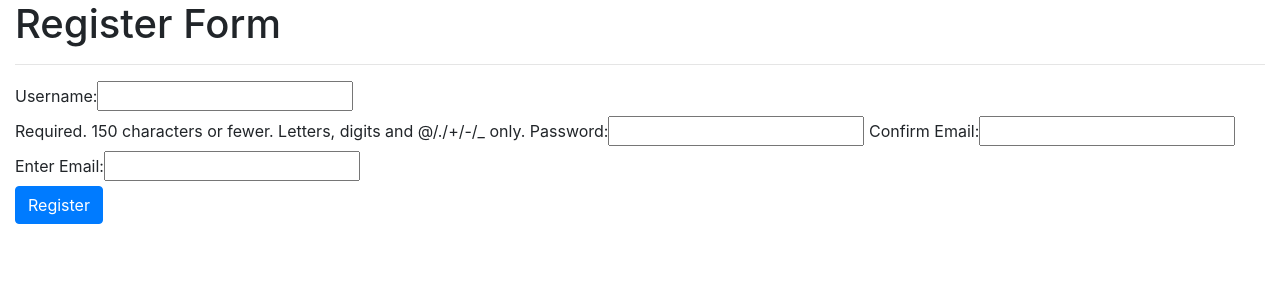
Repository: Sarthak123456/Django-Login
Page: http://localhost/register/
The author's editor kept a record of every edit. The page is drawn from the files as they stood at one moment, then again after the next edit.
The browser window is 1280 px wide. The pictures show the whole page.
Some web libraries are served in a nearby version. The page is served by the project's application, run on Django 2.2 (mysite/manage.py). Other server files are loaded and not shown.

Above is the page before.

### mysite/accounts/views.py
# -*- coding: utf-8 -*-
from __future__ import unicode_literals
from django.contrib.auth import (
    authenticate,
    login,
    logout,
    get_user_model,
    )
from django.shortcuts import render,redirect
from django.http import HttpResponseRedirect
from .forms import UserLoginForm,UserRegisterForm

# Create your views here.

def login_view(request):
    print (request.user.is_authenticated())
    title="Login"
    form=UserLoginForm(request.POST or None)
    if form.is_valid():
        username=form.cleaned_data.get('username')
        password=form.cleaned_data.get('password')
        user=authenticate(username=username, password=password)
        login(request,user)
        print (request.user.is_authenticated())
        return redirect("/")

    return render(request, "form.html", {"form": form, "title" : title})

def register_view(request):
    title="Register"
    form=UserRegisterForm(request.POST or None)
    if form.is_valid():
        user=form.save(commit=False)
        password=form.cleaned_data.get("password")
        user.set_password(password)
        user.save()
        new_user = authenticate(username=user.username, password=password)
        login(request, new_user)
        return redirect("/login")

    context = {
        "form": form,
        'title': title
    }
    return render(request, "form.html", context)

def logout_view(request):
    logout(request)
    return redirect("/login")

def index(request):
    if (request.user.is_authenticated()== True):
        return render(request, "index.html")
    else:
        return redirect("/login")

### mysite/accounts/templates/form.html

{% extends 'base.html' %}



{% block content %}
<div class='col-md-12 col-sm-offset-1'>
    <h1>{{ title }} Form</h1>

<hr/>

<form method="POST" action="">
    {% csrf_token %}
    {{ form }}
    <br/>
    <input type="submit" value="{{ title }}" class="btn  btn-primary"/>
</form>
 </div>
{% endblock %}

### mysite/accounts/templates/base.html
<!doctype html>
<html lang="en">
  <head>
    <title>{{ title }} Form</title>
    <!-- Required meta tags -->
    <meta charset="utf-8">
    <meta name="viewport" content="width=device-width, initial-scale=1, shrink-to-fit=no">

    <!-- Bootstrap CSS -->
    <link rel="stylesheet" href="https://maxcdn.bootstrapcdn.com/bootstrap/4.0.0-beta.2/css/bootstrap.min.css" integrity="sha384-PsH8R72JQ3SOdhVi3uxftmaW6Vc51MKb0q5P2rRUpPvrszuE4W1povHYgTpBfshb" crossorigin="anonymous">
  </head>
  <body>

 {% block content %}
    {% endblock %}

    <!-- Optional JavaScript -->
    <!-- jQuery first, then Popper.js, then Bootstrap JS -->
    <script src="https://code.jquery.com/jquery-3.2.1.slim.min.js" integrity="sha384-KJ3o2DKtIkvYIK3UENzmM7KCkRr/rE9/Qpg6aAZGJwFDMVNA/GpGFF93hXpG5KkN" crossorigin="anonymous"></script>
    <script src="https://cdnjs.cloudflare.com/ajax/libs/popper.js/1.12.3/umd/popper.min.js" integrity="sha384-vFJXuSJphROIrBnz7yo7oB41mKfc8JzQZiCq4NCceLEaO4IHwicKwpJf9c9IpFgh" crossorigin="anonymous"></script>
    <script src="https://maxcdn.bootstrapcdn.com/bootstrap/4.0.0-beta.2/js/bootstrap.min.js" integrity="sha384-alpBpkh1PFOepccYVYDB4do5UnbKysX5WZXm3XxPqe5iKTfUKjNkCk9SaVuEZflJ" crossorigin="anonymous"></script>
  </body>
</html>

### mysite/accounts/forms.py

from django import forms
from django.contrib.auth import (
    authenticate,
    login,
    logout,
    get_user_model,
    )

User=get_user_model()

class UserLoginForm(forms.Form):
    username=forms.CharField()
    password=forms.CharField(widget=forms.PasswordInput)

    def clean(self, *args, **kwargs):
        username=self.cleaned_data.get("username")
        password=self.cleaned_data.get("password")
        if username and password:
            user=authenticate(username=username, password=password)
            if not user:
                raise forms.ValidationError("This is not a valid user")
            if not user.check_password(password):
                raise forms.ValidationError("Enter correct password")
            if not user.is_active:
                raise forms.ValidationError("User not valid")
        return super(UserLoginForm, self).clean(*args, **kwargs)


class UserRegisterForm(forms.ModelForm):
    email= forms.EmailField(label='Enter Email')
    email2= forms.EmailField(label='Confirm Email')

    password=forms.CharField(widget=forms.PasswordInput)
    class Meta:
        model=User
        fields=[

            'username',
            'password',
            'email2',
            'email'
            ]

    def clean_email(self):
        email=self.cleaned_data.get('email')
        email2=self.cleaned_data.get('email2')

        if email!= email2:
            raise forms.ValidationError('Emails must match')
        email_qs=User.objects.filter(email=email)
        if email_qs.exists():
            raise forms.ValidationError("User already theer!")

        return email

### mysite/mysite/urls.py
"""mysite URL Configuration

The `urlpatterns` list routes URLs to views. For more information please see:
    https://docs.djangoproject.com/en/1.11/topics/http/urls/
Examples:
Function views
    1. Add an import:  from my_app import views
    2. Add a URL to urlpatterns:  url(r'^$', views.home, name='home')
Class-based views
    1. Add an import:  from other_app.views import Home
    2. Add a URL to urlpatterns:  url(r'^$', Home.as_view(), name='home')
Including another URLconf
    1. Import the include() function: from django.conf.urls import url, include
    2. Add a URL to urlpatterns:  url(r'^blog/', include('blog.urls'))
"""
from django.conf.urls import url
from django.contrib import admin
from accounts.views import (login_view, register_view, logout_view,index)
urlpatterns = [
    url(r'^admin/', admin.site.urls),
    url(r'^$', index, name="index"),
    url(r'^login/$', login_view, name="login"),
    url(r'^logout/$', logout_view, name="logout"),
    url(r'^register/$', register_view, name='register'),
]

After the next edit:
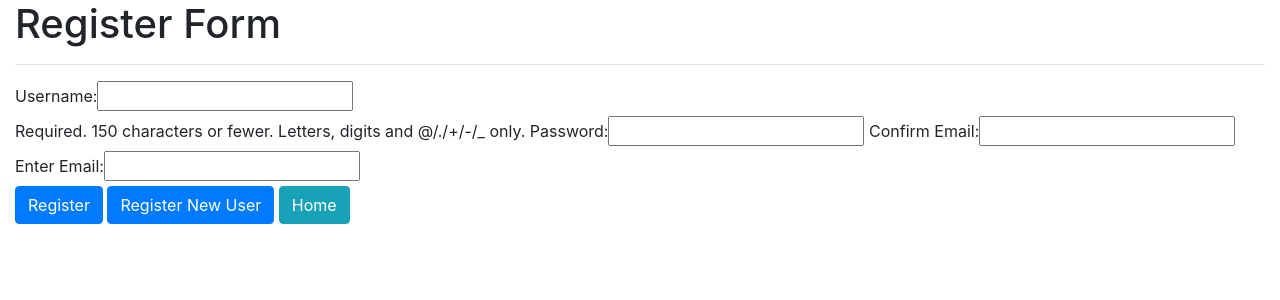
The edit:
--- a/mysite/accounts/templates/form.html
+++ b/mysite/accounts/templates/form.html
@@ -14,6 +14,8 @@
     {{ form }}
     <br/>
     <input type="submit" value="{{ title }}" class="btn  btn-primary"/>
+    <a href="/register" class="btn btn-primary">Register New User</a>
+    <a href="/" class="btn btn-info">Home</a>
 </form>
  </div>
 {% endblock %}
